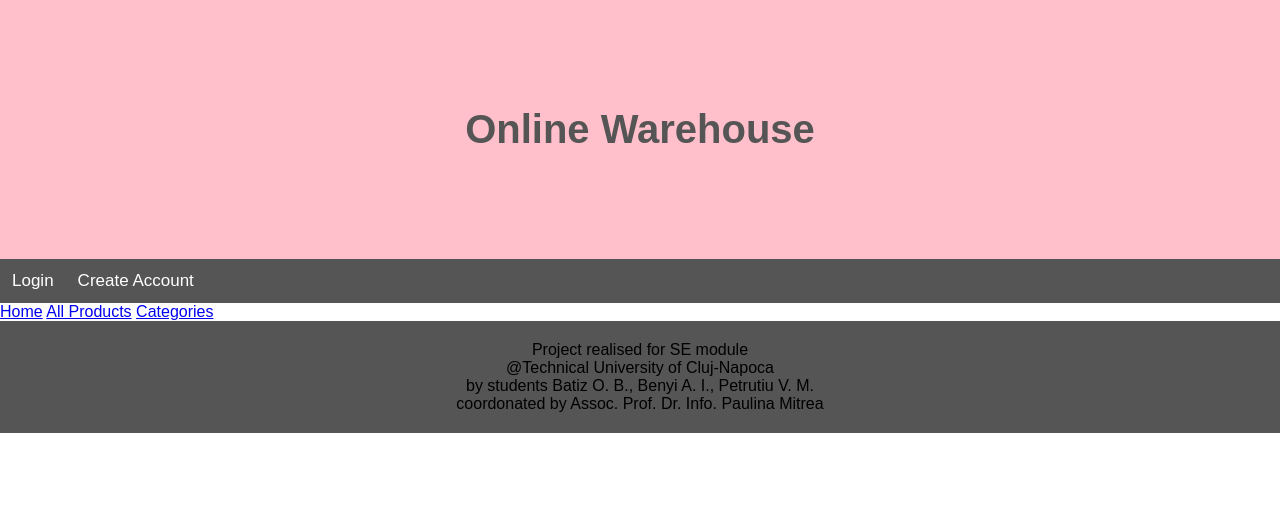
Repository: orsi-batiz/SEwithJSP
Page: http://localhost/OnlineWarehouse/
These files come from the project's save history. The page is drawn as it stood at one moment and after the next save; the edit follows.
The browser window is 1280 px wide. The pictures show the whole page.
The page is served by Tomcat 9.

Above is the page before, as saved 2019-01-17 00:32:48.

After the next save:
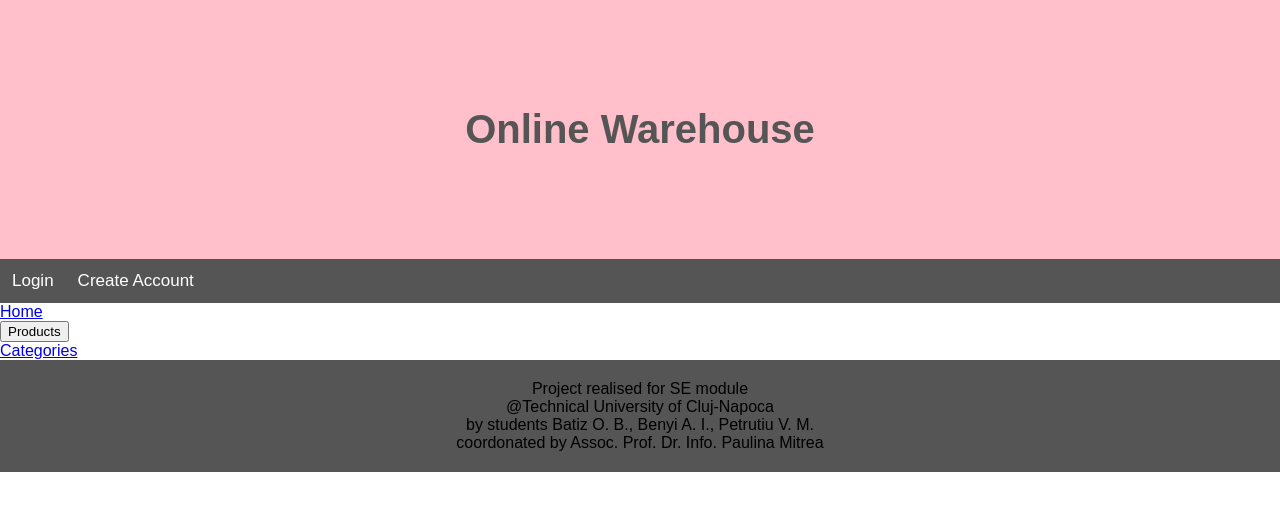
Saved 28 s later.
--- a/OnlineWarehouse/OnlineWarehouse/WebContent/menu.jsp
+++ b/OnlineWarehouse/OnlineWarehouse/WebContent/menu.jsp
@@ -2,8 +2,8 @@
     pageEncoding="UTF-8"%>
 
 <div class="menu-container">
-
    <a href="${pageContext.request.contextPath}/index.jsp">Home</a>
-   <a href="${pageContext.request.contextPath}/products.jsp">All Products</a>
+   <form action="productServlet" method="post">
+				<input type="submit" value="Products" /></form>
    <a href="${pageContext.request.contextPath}/categories.jsp">Categories</a>
 </div>
